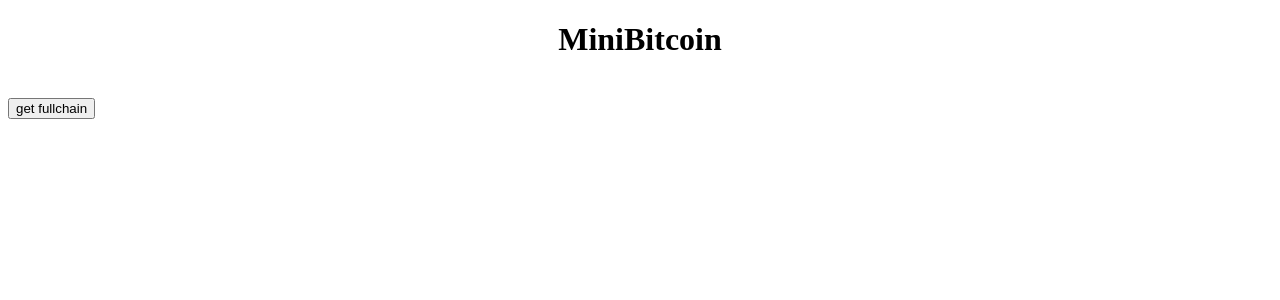
Repository: lam4562311/Minibitcoin
Page: http://localhost/
These files come from the project's save history. The page is drawn as it stood at one moment and after the next save; the edit follows.
The browser window is 1280 px wide. The pictures show the whole page.
Some web libraries are served in a nearby version. The page is served by the project's application, run on Flask 3 (bitcoin-5003.py).

Above is the page before, as saved 2022-04-08 21:52:35.

### templates/homepage.html
<!DOCTYPE html>
<head>
    <body>
        <h1><center> MiniBitcoin </center></h1>
        <span id="sth"></span>
    <br/>
    <button id="generate_wallet_bt"><center>get fullchain</center></button>

    <script src="//ajax.googleapis.com/ajax/libs/jquery/1.9.1/jquery.min.js"></script>
    <script src="{{url_for("static", filename="index.js")}}"></script>
    </body>
</head>

### bitcoin-5003.py
from operator import contains
import wx
from bitcoinclass import Transaction,Wallet,Block,Blockchain
from flask import Flask, jsonify, request, render_template, redirect, url_for, send_file
from urllib.parse import urlparse
import json
import re
import requests
import io
import logging
app = Flask(__name__)

#Flask API
@app.route('/new_transaction', methods=['POST'])
def new_transaction():
    values = request.form

    # Check that the required fields are in the PoST'ed data
    required = ['recipient_address', 'amount']
    if not all(k in values for k in required):
        return 'Missing values', 400

    #Create a new Transaction
    transaction = Transaction(myWallet.identity, values['recipient_address'], values[ 'amount'])
    transaction.add_signature(myWallet.sign_transaction(transaction))
    transaction_result = blockchain.add_new_transaction(transaction)

    if transaction_result:
        response = { 'message': 'Transaction will be added to Block'}
        return jsonify(response), 201
    else:
        response = {'message': 'Invalid Transaction!'}
        return jsonify(response), 406

@app.route( '/get_transactions' , methods=[ 'GET'])
def get_transactions():
    #Get transactions from transactions pool
    transactions = blockchain.unconfirmed_transactions
    response = {'transactions' : transactions}
    return jsonify(response), 200

@app.route('/chain', methods=['GET'])
def last_ten_blocks():
    response = {
        'chain' : blockchain.chain[-10:],
        'length': len(blockchain.chain),
    }
    return jsonify(response), 200


@app.route('/fullchain', methods=['GET'])
def full_chain():
    response = {
    'chain' : json.dumps(blockchain.chain),
    'length' : len(blockchain.chain),
    }
    return jsonify (response), 200

@app.route('/get_nodes', methods=['GET'])
def get_nodes():
    nodes = list(blockchain.nodes)
    response = {'nodes' : nodes}
    return jsonify(response), 200

@app.route('/register_node', methods=['POST'])
def register_node():
    values = request.form
    node = values.get('node')
    com_port = values.get('com_port')
    if node is None and com_port is None:
        return "Error: Please supply a valid list of nodes", 400
    if com_port is not None:
        blockchain.register_node(request.remote_addr + ":" + com_port)
        node = request.remote_addr + ":" + com_port
        app.logger.warning(node)
    else:
        blockchain.register_node(node)
    node_list = requests.get('http://' + node + '/get_nodes')
    if node_list.status_code == 200:
        node_list = node_list.json()['nodes']
        for node in node_list:
            blockchain.register_node( node)

    for new_nodes in blockchain.nodes:
        requests.post( 'http://' + new_nodes + '/register_node' , data={'com_port':str(port)})

    replaced = blockchain.consensus()
    if replaced:
        app.logger.warning('replaced')
        response ={
        'message' : 'Longer authoritative chain found from peers, replacing ours' ,
        'total_nodes ' : [node for node in blockchain.nodes]}
    else:
        response ={
        'message': 'New nodes have been added,but our chain is authoritative',
        'total_nodes' : [node for node in blockchain.nodes]
    }
    return jsonify(response), 201

@app.route('/consensus', methods=['GET'])
def consensus():
    replaced = blockchain.consensus()
    if replaced:
        app.logger.info('replaced')
        response = {
            'message' : 'our chain was replaced',
        }
    else:
        app.logger.info('not replaced')
        response = {
        'message ' : 'our chain is authoritative',
        }
    return jsonify(response), 200

@app.route('/mine', methods=[ 'GET'])
def mine():
    blockchain.boardcast_transactions(request.host)

    newblock = blockchain.mine(myWallet)
    for node in blockchain.nodes:
        ans = requests.get('http://' + node + '/consensus')
        app.logger.info(ans)
    response = {
        'index' : newblock.index,
        'transactions' : newblock.transactions,
        'timestamp' : newblock.timestamp,
        'nonce' : newblock.nonce,
        'hash' : newblock.hash,
        'previous_hash' : newblock.previous_hash
    }
    return jsonify( response), 200

@app.route('/import_key', methods=['POST'])
def import_key():
    f = request.files['file']
    blob = f.read()
    myWallet.import_key(blob)
    return 'key imported successfully'

@app.route('/export_key', methods=['GET'])
def export_key():
    blob = myWallet.export_key()
    return send_file(
        io.BytesIO(blob),
        mimetype='application/octet-stream',
        as_attachment = True,
        attachment_filename = "keyfile")

@app.route('/get_status', methods=['GET'])
def get_status():
    response ={
        'public_key' : myWallet.identity,
        'balance': blockchain.get_balance(myWallet.identity)
    }
    return jsonify(response),200

@app.route('/update_balance', methods=['PUT'])
def update_balance():
    myWallet.balance = blockchain.get_balance(myWallet.identity)
    response = {'message': 'Balance updated'}
    return jsonify(response), 200

@app.route('/sync_transactions', methods=['GET'])
def sync_transactions():
    result = blockchain.boardcast_transactions(request.host)
    if result:
        response = {
            'message': 'Synchronized Transactions'
        }
    else:
        resonse = {'message': 'False'}
    return jsonify(resonse), 200

@app.route('/')
def index():
    return render_template('homepage.html')

if __name__ == '__main__':
    myWallet = Wallet()
    blockchain = Blockchain()
    port = 5003
    app.logger.setLevel(logging.DEBUG)
    app.run(host='127.0.0.1', port=port, debug = True)

### static/index.js
let get_chain_bt = document.querySelector("#get_chain_bt");
let get_node_bt = document.querySelector("#get_node_bt");

let sth_span = document.querySelector("#sth")

function get_full_chain(){
    $.ajax({
        type: "GET",
        contentType: "application/json; charset=utf-8",
        url:"/fullchain",
        dataType: "json",
        success: (data) => {
            sth_span.innerHTML = JSON.stringify(data);
        }
    });

}

$(get_chain_bt).click(()=>get_full_chain());

After the next save:
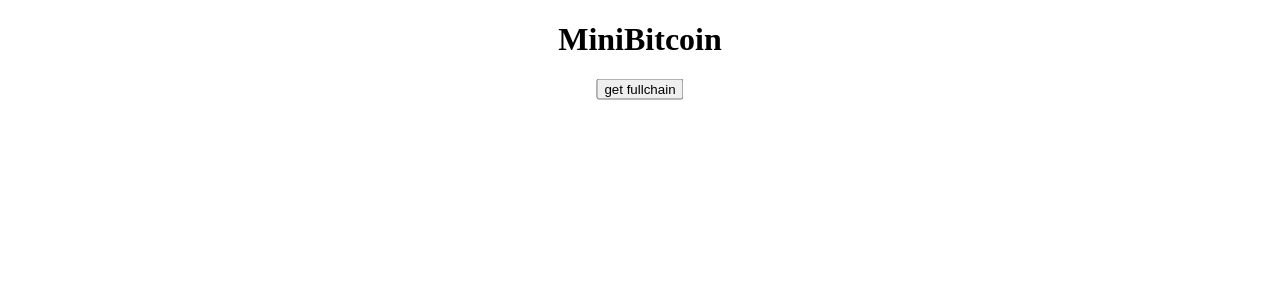
Saved 8 min 22 s later.
--- a/templates/homepage.html
+++ b/templates/homepage.html
@@ -1,12 +1,26 @@
 <!DOCTYPE html>
+<html>
 <head>
+    <style>
+        .center {
+          margin: 0;
+          position: absolute;
+          left: 50%;
+          -ms-transform: translate(-50%, -50%);
+          transform: translate(-50%, -50%);
+        }
+        </style>
+</head>
     <body>
+
         <h1><center> MiniBitcoin </center></h1>
-        <span id="sth"></span>
-    <br/>
-    <button id="generate_wallet_bt"><center>get fullchain</center></button>
 
+        <div class="center">
+        <span id="fullchain_span"></span>
+        <br/>
+        <button id="get_chain_bt">get fullchain</button>
+        </div>
     <script src="//ajax.googleapis.com/ajax/libs/jquery/1.9.1/jquery.min.js"></script>
     <script src="{{url_for("static", filename="index.js")}}"></script>
     </body>
-</head>
+</html>
